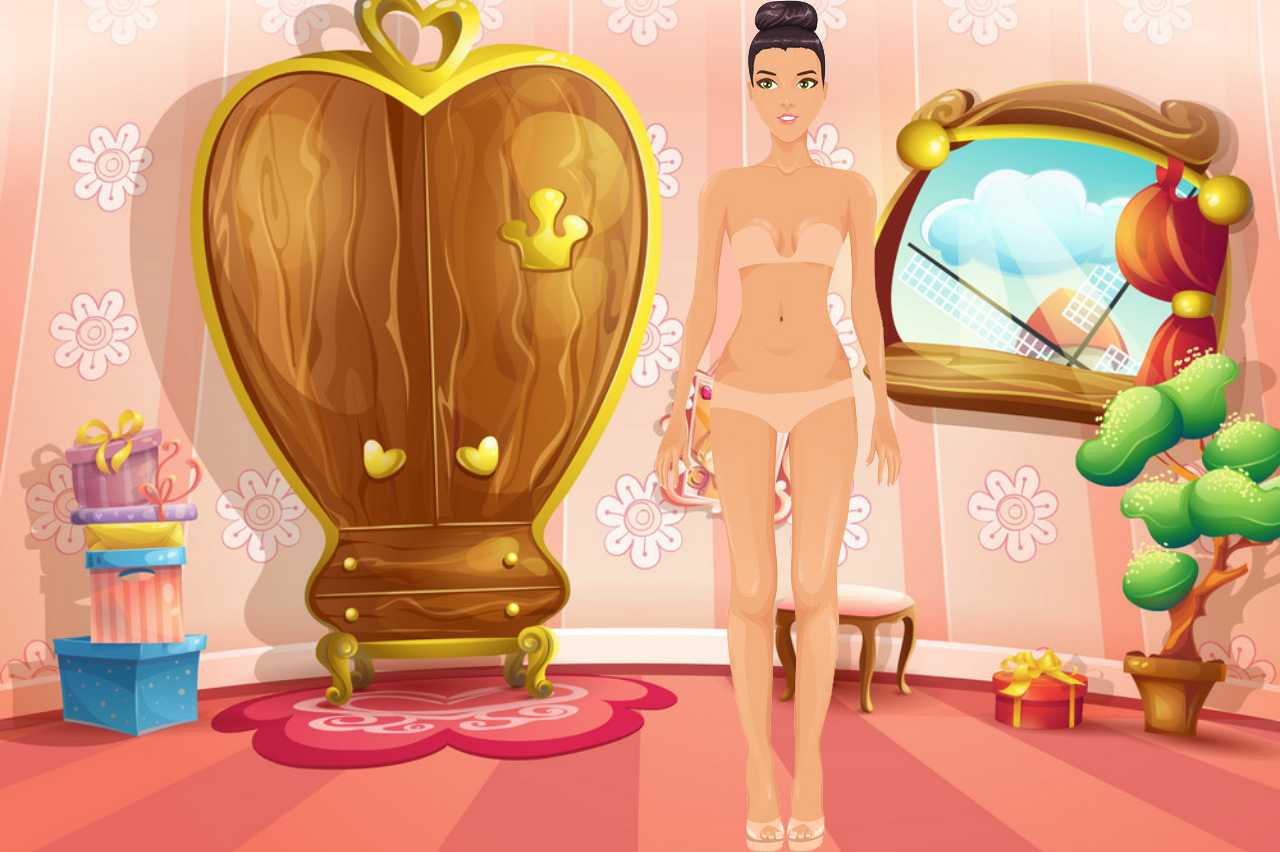
Repository: bunbubam/GameThayDoReactjs_NguyenKhacNghia
Page: /
These files come from the project's save history. The page is drawn as it stood at one moment and after the next save; the edit follows.
The browser window is 1280 px wide. The pictures show the whole page.
The project was rebuilt for these pictures with package versions that can differ from the ones it lists, and the page was loaded fresh each time.

Above is the page before, as saved 2022-03-30 14:44:38.

### public/index.html
<!doctype html>
<html lang="en">
  <head>
    <title>GameThaydo</title>
    <!-- Required meta tags -->
    <meta charset="utf-8">
    <meta name="viewport" content="width=device-width, initial-scale=1, shrink-to-fit=no">

    <!-- Bootstrap CSS -->
    <link rel="stylesheet" href="https://stackpath.bootstrapcdn.com/bootstrap/4.3.1/css/bootstrap.min.css" integrity="sha384-ggOyR0iXCbMQv3Xipma34MD+dH/1fQ784/j6cY/iJTQUOhcWr7x9JvoRxT2MZw1T" crossorigin="anonymous">
  </head>
  <body>
    <div id="root"></div>
    <!-- Optional JavaScript -->
    <!-- jQuery first, then Popper.js, then Bootstrap JS -->
    <script src="https://code.jquery.com/jquery-3.3.1.slim.min.js" integrity="sha384-q8i/X+965DzO0rT7abK41JStQIAqVgRVzpbzo5smXKp4YfRvH+8abtTE1Pi6jizo" crossorigin="anonymous"></script>
    <script src="https://cdnjs.cloudflare.com/ajax/libs/popper.js/1.14.7/umd/popper.min.js" integrity="sha384-UO2eT0CpHqdSJQ6hJty5KVphtPhzWj9WO1clHTMGa3JDZwrnQq4sF86dIHNDz0W1" crossorigin="anonymous"></script>
    <script src="https://stackpath.bootstrapcdn.com/bootstrap/4.3.1/js/bootstrap.min.js" integrity="sha384-JjSmVgyd0p3pXB1rRibZUAYoIIy6OrQ6VrjIEaFf/nJGzIxFDsf4x0xIM+B07jRM" crossorigin="anonymous"></script>
  </body>
</html>

### src/App.js
import logo from './logo.svg';
import './App.css';
import Dress from './gamethaydo/dress';

function App() {
  return (
    <Dress></Dress>
  );
}

export default App;

### src/App.css
body {
    background: url(gamethaydo/images/dress-room.jpg) no-repeat;
    background-position: 50% 50%;
    background-size: cover;
}

### src/gamethaydo/dress.js
import React, {Component} from 'react';
import Girl from './images/girl.png';

class Dress extends Component {
    state = {
        img : Girl
    }
    render() {
        return(
            <div className='container-fluid'>
                <div className='dress-main'>
                    <div className='row'>
                        <div className='col-12 col-xl-6'>

                        </div>
                        <div className='col-12 col-xl-6'>
                            <img src={this.state.img}/>
                        </div>
                    </div>
                </div>
            </div>
        )
    };
}
export default Dress;

Loaded but not shown: src/index.js (common file); src/index.css (common file); src/reportWebVitals.js (common file)

After the next save:
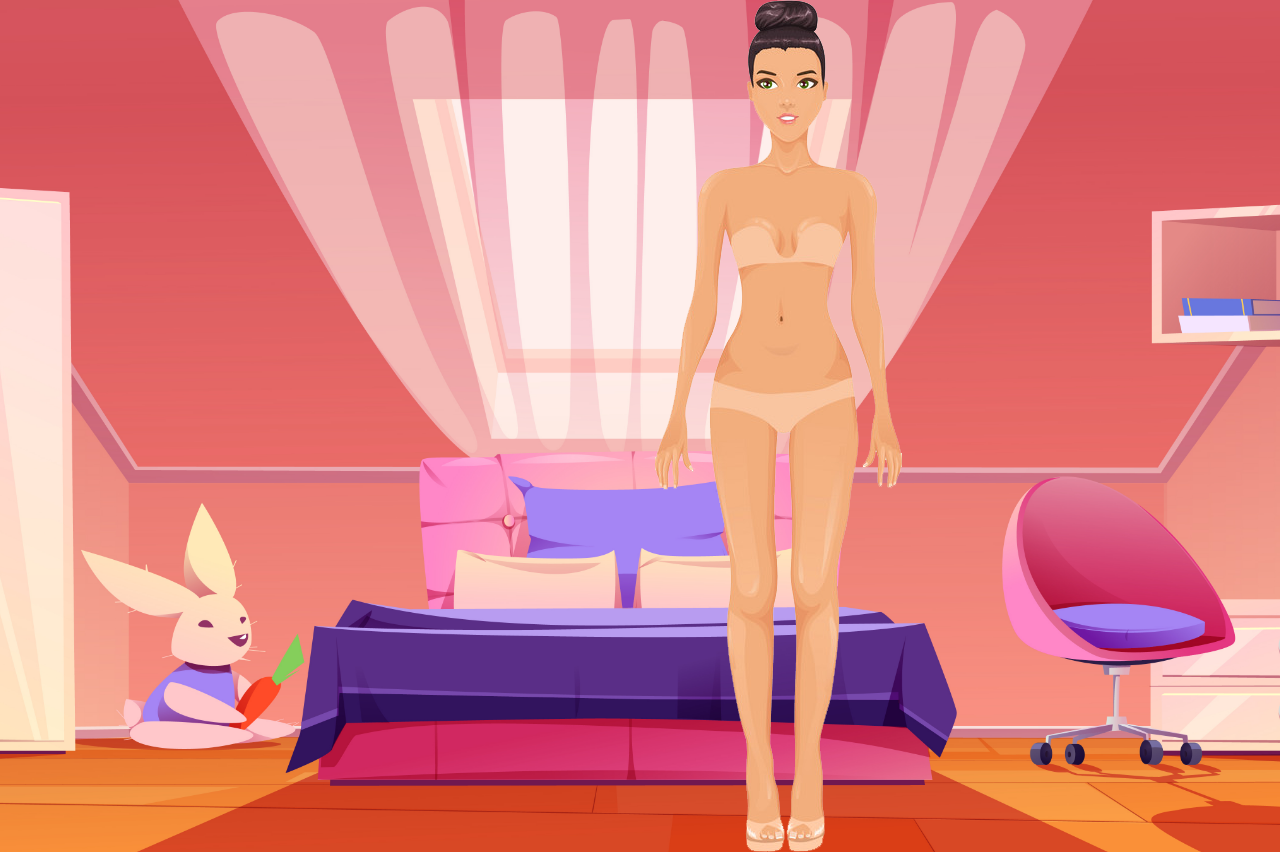
Saved 19 s later.
--- a/src/App.css
+++ b/src/App.css
@@ -1,5 +1,5 @@
 body {
-    background: url(gamethaydo/images/dress-room.jpg) no-repeat;
+    background: url(gamethaydo/images/dressBG.jpg) no-repeat;
     background-position: 50% 50%;
     background-size: cover;
 }

After the save that followed:
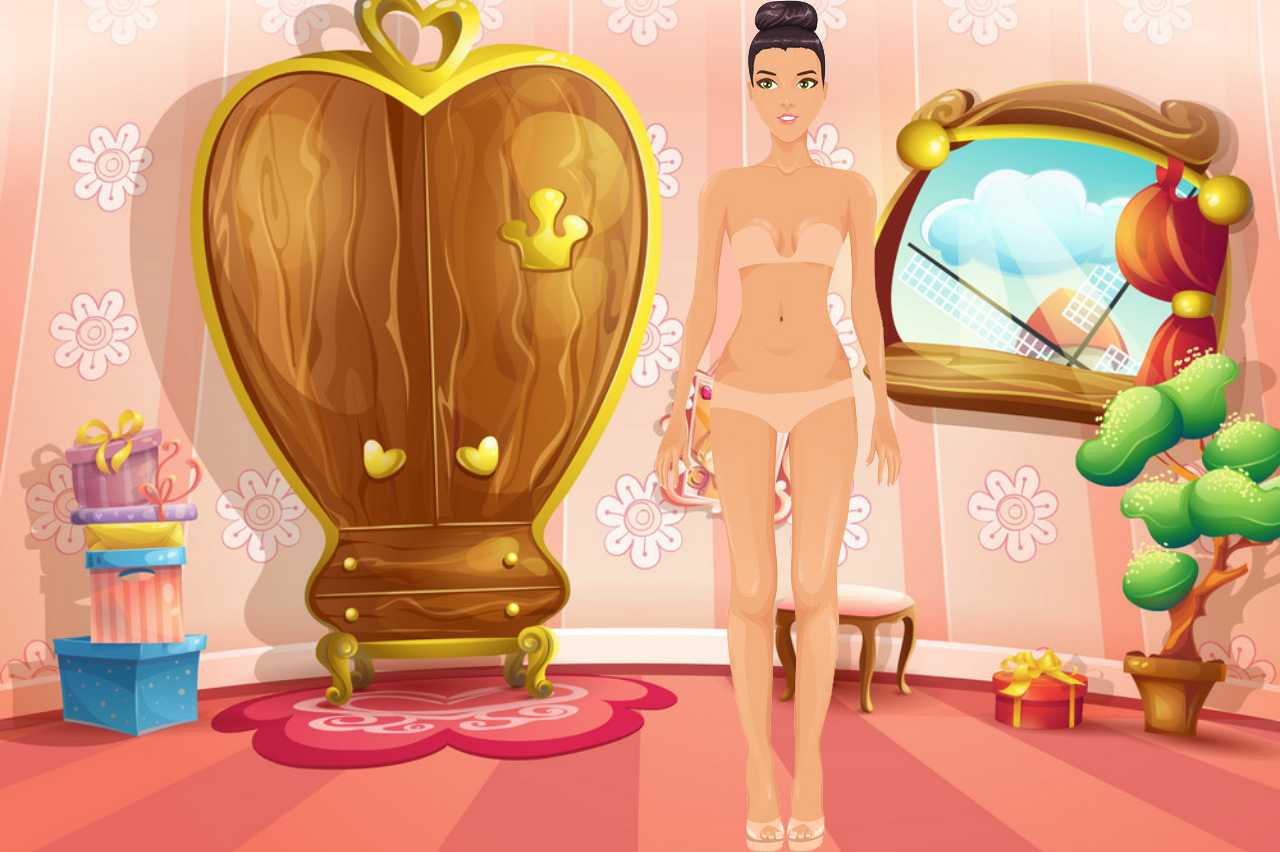
Saved 7 s later.
--- a/src/App.css
+++ b/src/App.css
@@ -1,5 +1,5 @@
 body {
-    background: url(gamethaydo/images/dressBG.jpg) no-repeat;
+    background: url(gamethaydo/images/dress-room.jpg) no-repeat;
     background-position: 50% 50%;
     background-size: cover;
 }
